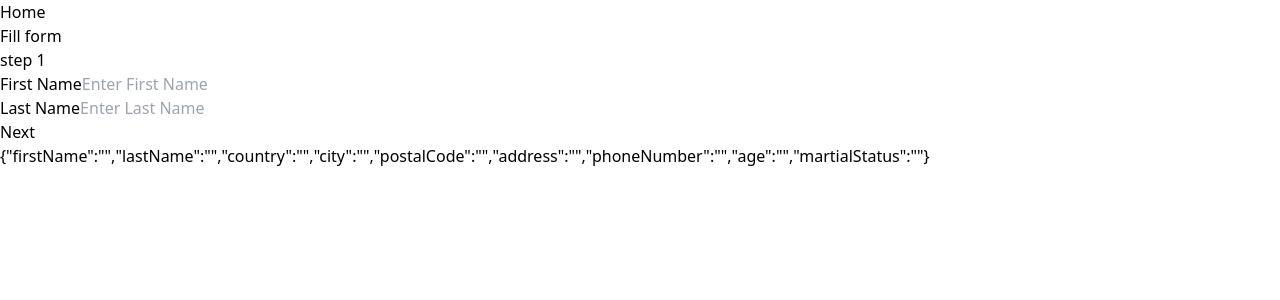
Repository: mk694/stepperForm
Page: /form
The author's editor kept a copy of each file at every save. The page is drawn from the files as they stood at one save, then again after the next save.
The browser window is 1280 px wide. The pictures show the whole page.
The project was rebuilt for these pictures with package versions that can differ from the ones it lists, and the page was loaded fresh each time. The framework's server and built-in components were replaced by stand-ins that run in the browser. Also part of the build but not shown: next.config.js, firebase/config.js, components/stepper/confirmation.component.js, components/stepper/step2.component.js, components/stepper/step3.component.js.

Above is the page before, as saved 2022-04-29 01:48:57.

After the next save:
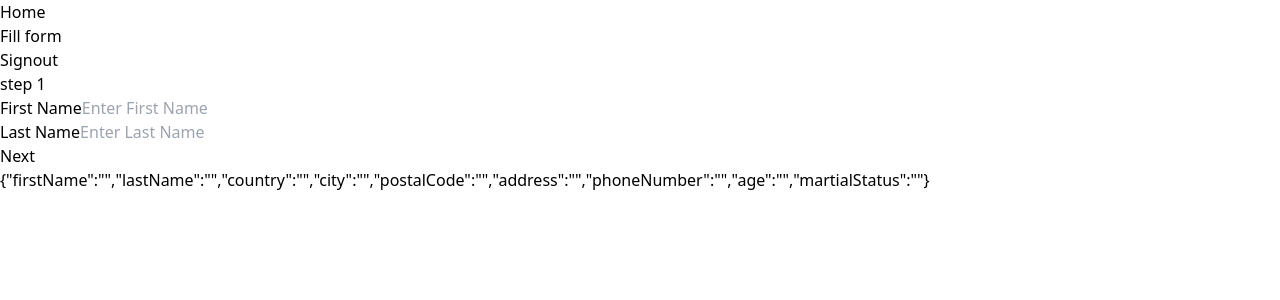
Saved 2 min 15 s later.
--- a/layout/header/header.component.js
+++ b/layout/header/header.component.js
@@ -2,14 +2,14 @@ import Link from "next/link";
 import { useState, useEffect } from "react";
 
 function header() {
-  const [isLoggedIn, setIsLoggedIn] = useState(false);
+  // const [isLoggedIn, setIsLoggedIn] = useState(false);
 
-  useEffect(() => {
-    const uid = JSON.parse(localStorage.getItem("user"));
-    if (uid !== null) {
-      setIsLoggedIn(true);
-    }
-  }, []);
+  // useEffect(() => {
+  //   const uid = JSON.parse(localStorage.getItem("user"));
+  //   if (uid !== null) {
+  //     setIsLoggedIn(true);
+  //   }
+  // }, []);
   return (
     <>
       <nav className="bg-gray-600  text-slate-100 border-gray-200 px-2 sm:px-4 py-2.5 rounded  dark:bg-gray-800">
@@ -26,17 +26,17 @@ function header() {
               </a>
             </Link>
           </div>
-          {isLoggedIn && (
-            <div className="flex ">
-              <div>
-                <Link href="/logout">
-                  <a className="bg-slate-800 px-2 py-1 rounded hover:bg-red-600 ml-2">
-                    Signout
-                  </a>
-                </Link>
-              </div>
+          {/* {isLoggedIn && ( */}
+          <div className="flex ">
+            <div>
+              <Link href="/logout">
+                <a className="bg-slate-800 px-2 py-1 rounded hover:bg-red-600 ml-2">
+                  Signout
+                </a>
+              </Link>
             </div>
-          )}
+          </div>
+          {/* )} */}
         </div>
       </nav>
     </>
